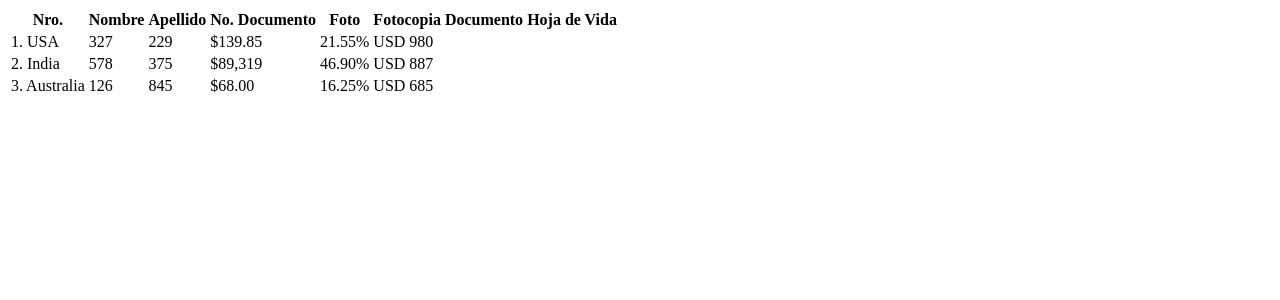
Repository: DA5CH25/kohaku_php
Page: http://localhost/kohaku_php/views/modules/document.php
The author's editor kept a copy of each file at every save. The page is drawn from the files as they stood at one save, then again after the next save.
The browser window is 1280 px wide. The pictures show the whole page.
The page is run by PHP 8.4 with error messages shown; the project is at /var/www/html/.

Above is the page before, as saved 2021-05-22 17:19:26.

### views/modules/document.php
<div class="table-container">
								<div class="table-responsive">
									<table class="table custom-table m-0">
										<thead>
											<tr>
												<th>Nro.</th>
												<th>Nombre</th>
												<th>Apellido</th>
												<th>No. Documento</th>
												<th>Foto</th>
												<th>Fotocopia Documento</th>
												<th>Hoja de Vida</th>
											</tr>
										</thead>
										<tbody>

											<tr>
												<td>1. USA</td>
												<td>327</td>
												<td>229</td>
												<td>$139.85</td>
												<td>21.55%</td>
												<td>USD 980</td>
												<td>
													<div class="td-actions">
														<a href="#" class="icon red" data-toggle="tooltip" data-placement="top" title="Adicionar">
															<i class="icon-circle-with-plus"></i>
														</a>
														<a href="#" class="icon green" data-toggle="tooltip" data-placement="top" title="Guardar">
															<i class="icon-save"></i>
														</a>
														<a href="#" class="icon blue" data-toggle="tooltip" data-placement="top" title="Eliminar">
															<i class="icon-cancel"></i>
														</a>
													</div>
												</td>
											</tr>
											<tr>
												<td>2. India</td>
												<td>578</td>
												<td>375</td>
												<td>$89,319</td>
												<td>46.90%</td>
												<td>USD 887</td>
												<td>
													<div class="td-actions">
														<a href="#" class="icon red" data-toggle="tooltip" data-placement="top" title="Add Row">
															<i class="icon-circle-with-plus"></i>
														</a>
														<a href="#" class="icon green" data-toggle="tooltip" data-placement="top" title="Save Row">
															<i class="icon-save"></i>
														</a>
														<a href="#" class="icon blue" data-toggle="tooltip" data-placement="top" title="Delete Row">
															<i class="icon-cancel"></i>
														</a>
													</div>
												</td>
											</tr>
											<tr>
												<td>3. Australia</td>
												<td>126</td>
												<td>845</td>
												<td>$68.00</td>
												<td>16.25%</td>
												<td>USD 685</td>
												<td>
													<div class="td-actions">
														<a href="#" class="icon red" data-toggle="tooltip" data-placement="top" title="Add Row">
															<i class="icon-circle-with-plus"></i>
														</a>
														<a href="#" class="icon green" data-toggle="tooltip" data-placement="top" title="Save Row">
															<i class="icon-save"></i>
														</a>
														<a href="#" class="icon blue" data-toggle="tooltip" data-placement="top" title="Delete Row">
															<i class="icon-cancel"></i>
														</a>
													</div>
												</td>
											</tr>
										</tbody>
									</table>
								</div>
							</div>

After the next save:
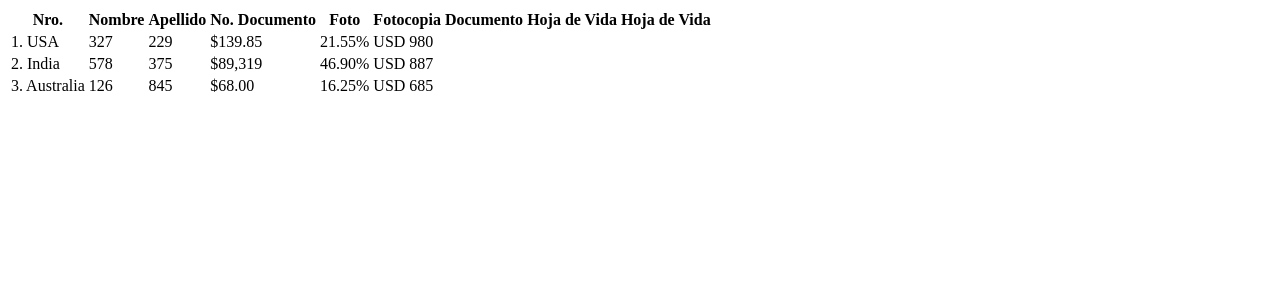
Saved 31 s later.
--- a/views/modules/document.php
+++ b/views/modules/document.php
@@ -10,6 +10,7 @@
 												<th>Foto</th>
 												<th>Fotocopia Documento</th>
 												<th>Hoja de Vida</th>
+                                                <th>Hoja de Vida</th>
 											</tr>
 										</thead>
 										<tbody>
